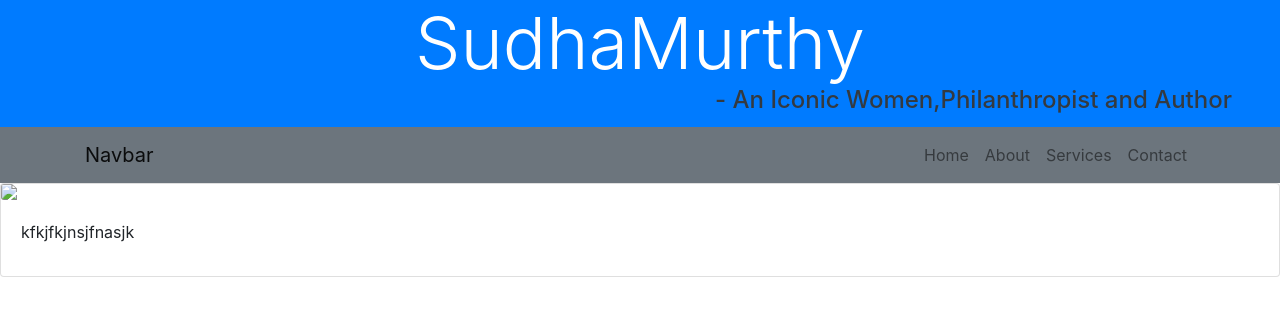
Repository: sumanthr18/RoleModel
Page: index.html
An editor plug-in stored every save of this project. The page is shown before and after the next save, followed by the edit.
The browser window is 1280 px wide. The pictures show the whole page.

Above is the page before, as saved 2020-03-14 15:14:06.
Not found: Sudha-Murthy.jpg

### index.html
<!DOCTYPE html>
<html lang="en">
<head>
    <meta charset="UTF-8">
    <meta name="viewport" content="width=device-width, initial-scale=1.0">
    <title>SudhaMurthy</title>
    <link rel="stylesheet" href="https://stackpath.bootstrapcdn.com/bootstrap/4.4.1/css/bootstrap.min.css" integrity="sha384-Vkoo8x4CGsO3+Hhxv8T/Q5PaXtkKtu6ug5TOeNV6gBiFeWPGFN9MuhOf23Q9Ifjh" crossorigin="anonymous">
</head>
<body>
    <header class="bg-primary pb-1">
        <h1 class="display-3 text-center my-0 text-white ">SudhaMurthy</h1>
        <h4 class="text-right mr-5 text-dark">- An Iconic Women,Philanthropist and Author</h4>
    </header>
    <nav class="navbar navbar-expand-sm navbar-light bg-secondary border-outline-dark mb-0">
        <div class="container">
            <a class="navbar-brand" href="#">Navbar</a>
            <button class="navbar-toggler" data-toggle="collapse" data-target="#navbarNav">
                <span class="navbar-toggler-icon"></span>
            </button>
            <div class="collapse navbar-collapse" id="navbarNav">
                <ul class="navbar-nav ml-auto">
                    <li class="nav-item">
                        <a class="nav-link" href="#">Home</a>
                    </li>
                    <li class="nav-item">
                        <a class="nav-link" href="#">About</a>
                    </li>
                    <li class="nav-item">
                        <a class="nav-link" href="#">Services</a>
                    </li>
                    <li class="nav-item">
                        <a class="nav-link" href="#">Contact</a>
                    </li>
                </ul>
            </div>
        </div>
    </nav>
    <div class="card">
        <img class="card-img" src="Sudha-Murthy.jpg">
        <div class="card-body">
            <div class="card-title">kfkjfkjnsjfnasjk</div>
        </div>
    </div>
</body>
</html>

After the next save:
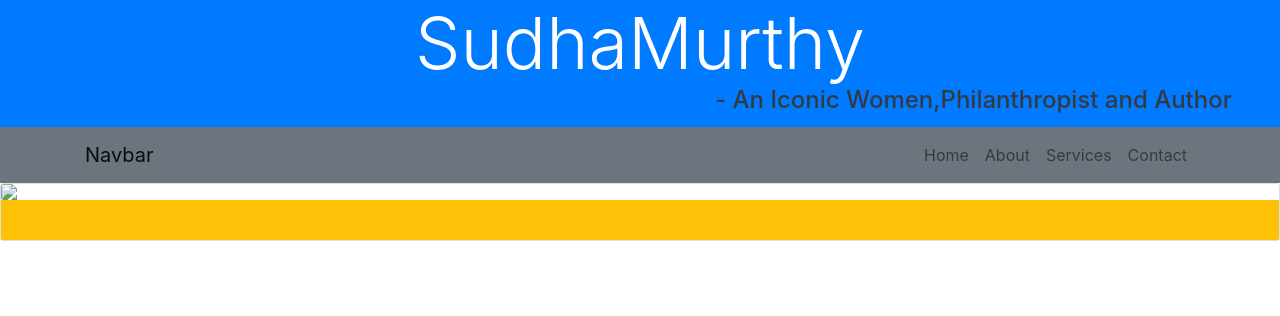
Saved 107 s later.
--- a/index.html
+++ b/index.html
@@ -37,8 +37,8 @@
     </nav>
     <div class="card">
         <img class="card-img" src="Sudha-Murthy.jpg">
-        <div class="card-body">
-            <div class="card-title">kfkjfkjnsjfnasjk</div>
+        <div class="card-body bg-warning">
+
         </div>
     </div>
 </body>
